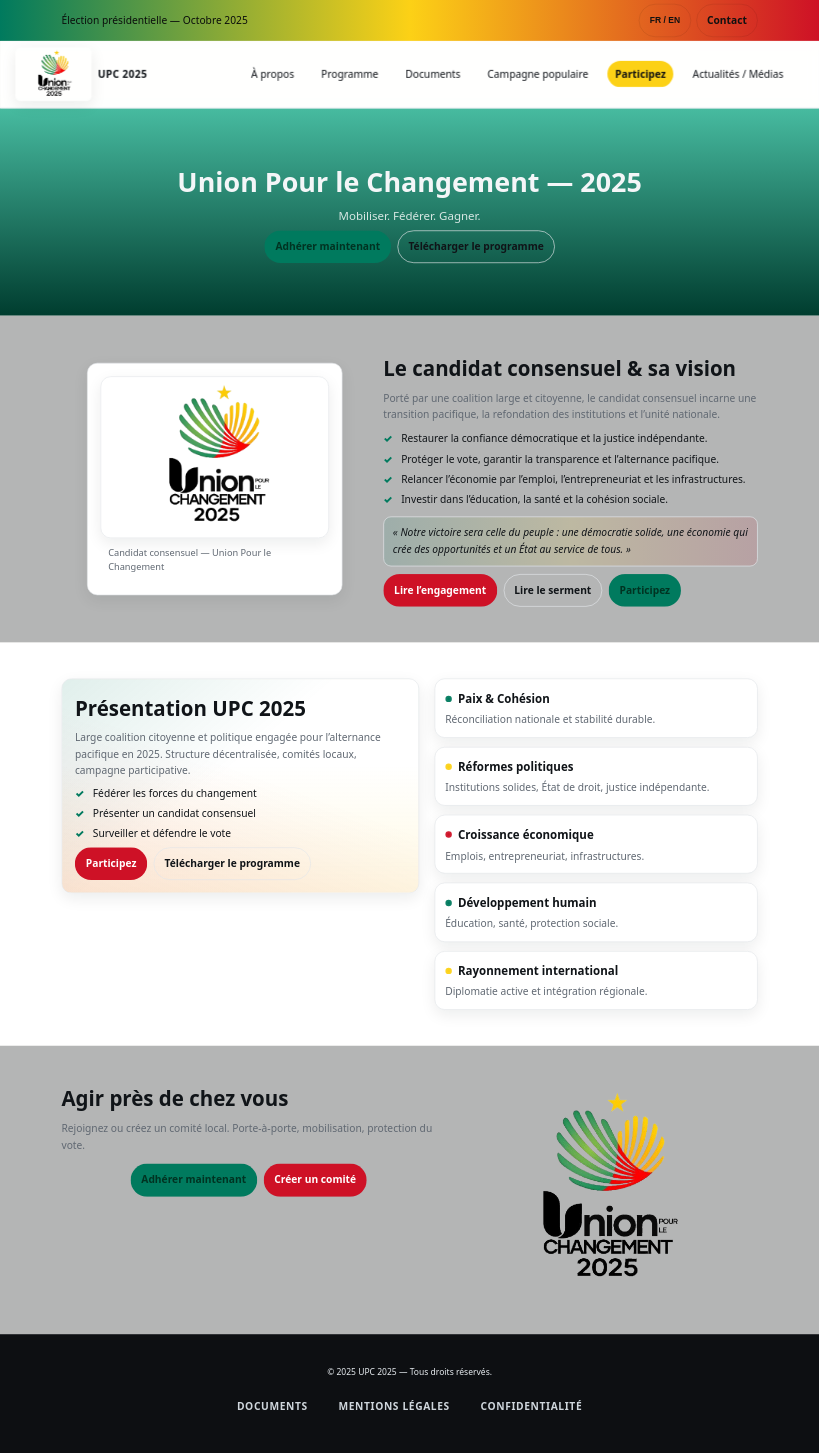
Repository: Kishny/upc2025
Page: index.html
These files come from the project's save history. The page is drawn as it stood at one moment and after the next save; the edit follows.
The browser window is 1280 px wide. The pictures show the whole page, at 64% of full size.

Above is the page before, as saved 2025-09-11 02:27:16.

After the next save:
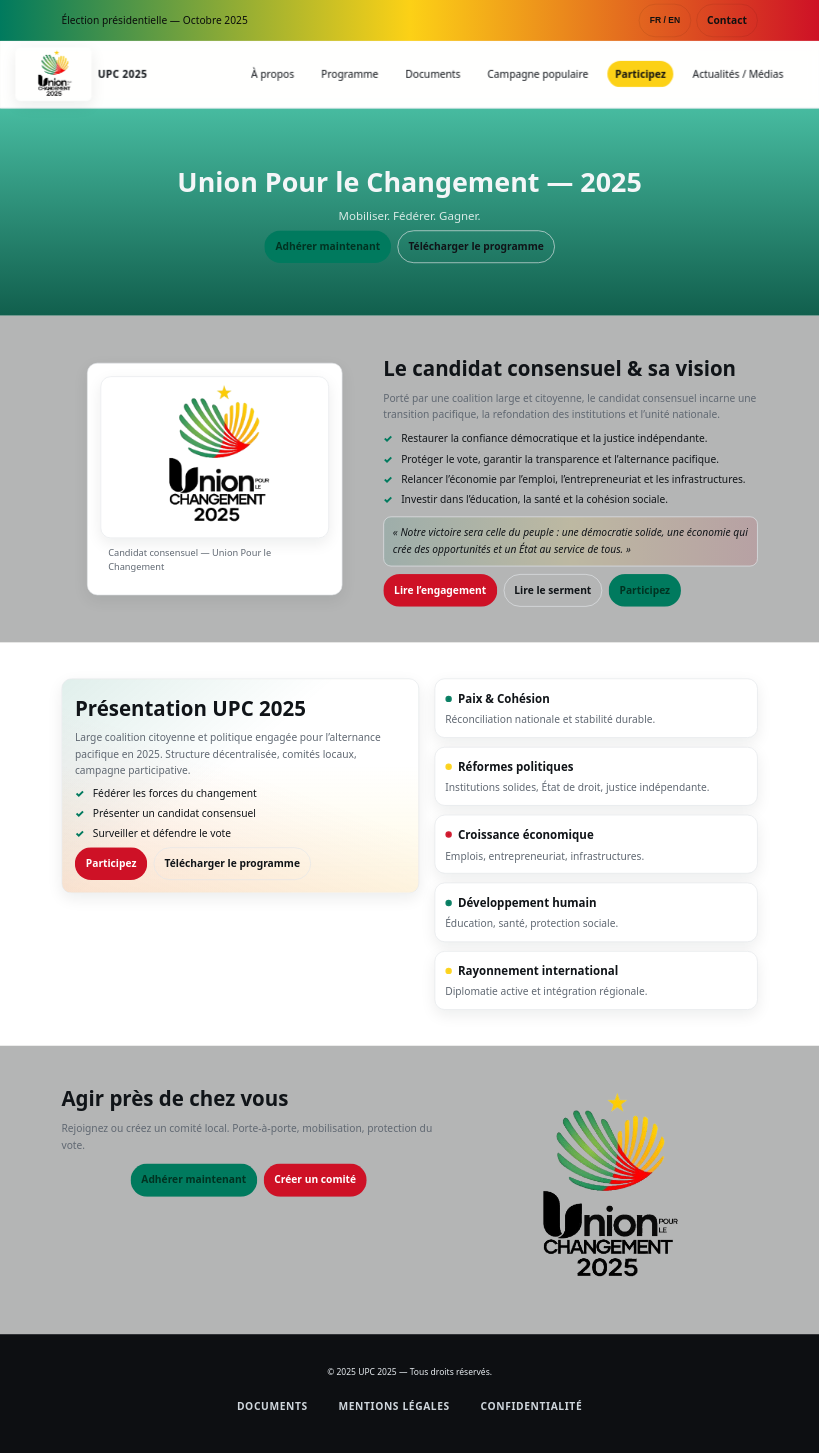
Saved 24 s later.
--- a/assets/css/styles.css
+++ b/assets/css/styles.css
@@ -271,7 +271,7 @@ a {
   gap: 12px; /* espace plus serré entre les blocs */
   padding: 16px 12px; /* marges internes plus petites */
   margin-top: 0;
-  background: linear-gradient(180deg, #47bba0, #003d2f);
+  background: linear-gradient(180deg, #47bba0, #115f4d);
   color: #f4f6f8;
 }
 
